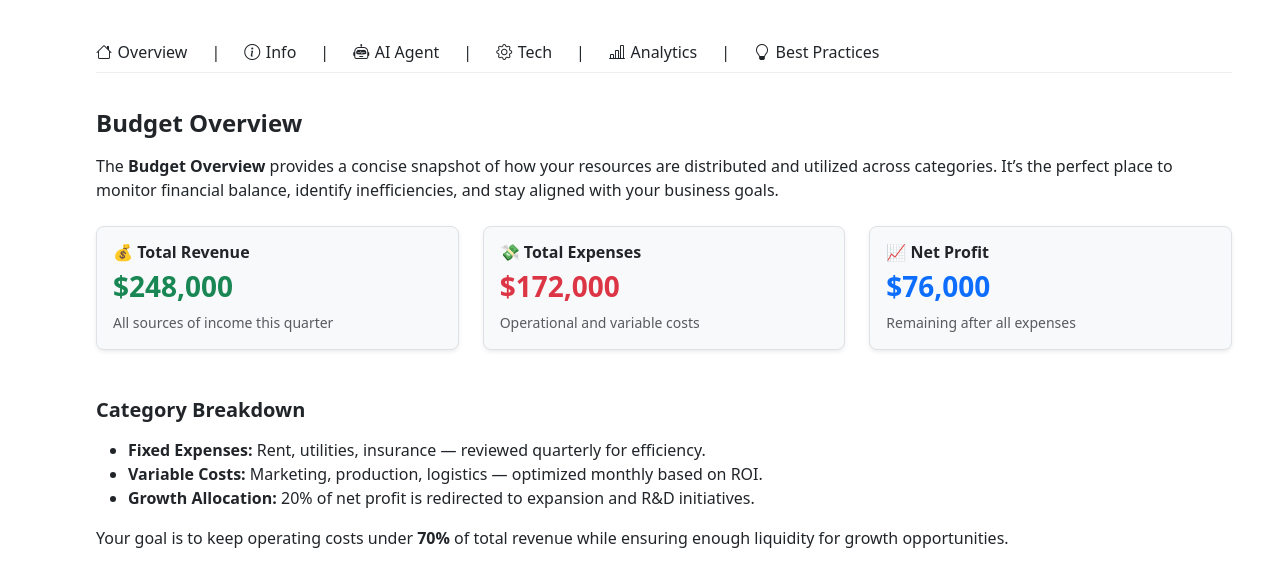
Repository: tonym642/bizcore360-wp
Page: pages/budget.html
The author's editor kept a copy of each file at every save. The page is drawn from the files as they stood at one save, then again after the next save.
The browser window is 1280 px wide. The pictures show the whole page.

Above is the page before, as saved 2025-10-23 10:29:04.

### pages/budget.html
<!DOCTYPE html>
<html lang="en">
<head>
  <meta charset="UTF-8" />
  <meta name="viewport" content="width=device-width, initial-scale=1.0" />
  <title>Budget Module</title>

  <!-- Core libraries -->
  <link href="https://cdn.jsdelivr.net/npm/bootstrap@5.3.3/dist/css/bootstrap.min.css" rel="stylesheet">
  <link href="https://cdn.jsdelivr.net/npm/bootstrap-icons@1.11.3/font/bootstrap-icons.css" rel="stylesheet">
  <script src="https://cdn.jsdelivr.net/npm/chart.js"></script>
  <script src="https://cdn.jsdelivr.net/npm/marked/marked.min.js"></script>

  <style>
    body {
      background-color: #fff;
      color: #000;
    }

    /* Increased left spacing + ensure content layer is above sidebar */
    .content-container {
      padding: 1.5rem 2rem 1.5rem 5rem; /* was 3.5rem */
      width: 100%;
      position: relative;
      z-index: 5; /* ensures menu isn’t hidden behind sidebar */
    }

    .module-card {
      background-color: #fff;
      border: none;
      box-shadow: none;
      min-height: calc(100vh - 130px);
    }

    /* Inner menu style */
    .inner-menu {
      display: flex;
      align-items: center;
      gap: 1.5rem;
      margin-bottom: 1.25rem;
      border-bottom: 1px solid #eee;
      padding-bottom: 0.5rem;
      font-weight: 400;
      white-space: nowrap; /* keep all in one line */
    }

    .inner-menu a {
      text-decoration: none;
      color: #000;
      display: flex;
      align-items: center;
      gap: 0.35rem;
      cursor: pointer;
    }

    .inner-menu a:hover {
      color: #007bff;
    }

    #page-content {
      padding-top: 1rem;
      min-height: 60vh;
    }

    canvas {
      max-width: 100%;
      height: 400px !important;
    }

    .fade {
      opacity: 0;
      transition: opacity 0.4s ease-in-out;
    }
    .fade.show {
      opacity: 1;
    }
  </style>
</head>

<body data-module="budget">
  <div class="content-container">
    <div class="card module-card">
      <div class="card-body">

        <!-- Inner menu with Bootstrap icons -->
        <div class="inner-menu">
          <a onclick="showPage('overview')"><i class="bi bi-house"></i> Overview</a>
          <span>|</span>
          <a onclick="showPage('info')"><i class="bi bi-info-circle"></i> Info</a>
          <span>|</span>
          <a onclick="showPage('ai-agent')"><i class="bi bi-robot"></i> AI Agent</a>
          <span>|</span>
          <a onclick="showPage('tech')"><i class="bi bi-gear"></i> Tech</a>
          <span>|</span>
          <a onclick="showPage('analytics')"><i class="bi bi-bar-chart-line"></i> Analytics</a>
          <span>|</span>
          <a onclick="showPage('best-practices')"><i class="bi bi-lightbulb"></i> Best Practices</a>
        </div>

        <!-- Dynamic area -->
        <div id="page-content" class="fade show">
          <p style="color:#777;">Loading overview...</p>
        </div>

      </div>
    </div>
  </div>

  <!-- ✅ JS path relative to this page -->
  <script src="../assets/js/modules.js"></script>

  <script>
    document.addEventListener("DOMContentLoaded", () => {
      if (typeof showPage === "function") {
        console.log("✅ modules.js loaded successfully");
        showPage("overview");
      } else {
        console.error("❌ modules.js not loaded or showPage() undefined");
      }
    });
  </script>
</body>
</html>

### assets/js/modules.js
// modules.js
// Shared logic controlling all BizCore360 module pages dynamically

const moduleName = document.body.getAttribute("data-module");

// ---------- LOAD MARKDOWN ----------
async function loadMarkdown(pageType) {
  const filePath = `/markdowns/${pageType}/${moduleName}.md`;
  const contentDiv = document.getElementById("page-content");
  try {
    const response = await fetch(filePath);
    if (!response.ok) throw new Error("File not found");
    const text = await response.text();
    contentDiv.innerHTML = marked.parse(text);
  } catch (error) {
    contentDiv.innerHTML = `<p style="color:#999;">No markdown found for <strong>${moduleName}</strong> (${pageType}).</p>`;
    console.error(error);
  }
}

// ---------- MAIN PAGE SWITCHER (WITH FADE) ----------
function showPage(page) {
  const contentDiv = document.getElementById("page-content");
  contentDiv.classList.remove("show");
  contentDiv.classList.add("fade");

  setTimeout(() => {
    contentDiv.innerHTML = "";

    switch (page) {
      case "overview":
        loadOverview();
        break;
      case "info":
        loadMarkdown("info");
        break;
      case "tech":
        loadMarkdown("tech");
        break;
      case "best-practices":
        loadMarkdown("best practices");
        break;
      case "analytics":
        loadAnalytics();
        break;
      case "ai-agent":
        loadAIAgent();
        break;
      default:
        contentDiv.innerHTML = `<p>Section not found.</p>`;
    }

    setTimeout(() => contentDiv.classList.add("show"), 50);
  }, 200);
}

// ---------- BUDGET OVERVIEW ----------
function loadOverview() {
  const contentDiv = document.getElementById("page-content");
  contentDiv.innerHTML = `
    <h4 class="fw-bold mb-3">Budget Overview</h4>
    <p>The <strong>Budget Overview</strong> provides a concise snapshot of how your resources are distributed and utilized across categories. It’s the perfect place to monitor financial balance, identify inefficiencies, and stay aligned with your business goals.</p>

    <div class="row mt-4">
      <div class="col-md-4">
        <div class="p-3 border rounded-3 shadow-sm bg-light">
          <h6 class="fw-semibold mb-2">💰 Total Revenue</h6>
          <h3 class="fw-bold text-success">$248,000</h3>
          <p class="small text-muted mb-0">All sources of income this quarter</p>
        </div>
      </div>
      <div class="col-md-4">
        <div class="p-3 border rounded-3 shadow-sm bg-light">
          <h6 class="fw-semibold mb-2">💸 Total Expenses</h6>
          <h3 class="fw-bold text-danger">$172,000</h3>
          <p class="small text-muted mb-0">Operational and variable costs</p>
        </div>
      </div>
      <div class="col-md-4">
        <div class="p-3 border rounded-3 shadow-sm bg-light">
          <h6 class="fw-semibold mb-2">📈 Net Profit</h6>
          <h3 class="fw-bold text-primary">$76,000</h3>
          <p class="small text-muted mb-0">Remaining after all expenses</p>
        </div>
      </div>
    </div>

    <div class="mt-5">
      <h5 class="fw-semibold mb-3">Category Breakdown</h5>
      <ul>
        <li><strong>Fixed Expenses:</strong> Rent, utilities, insurance — reviewed quarterly for efficiency.</li>
        <li><strong>Variable Costs:</strong> Marketing, production, logistics — optimized monthly based on ROI.</li>
        <li><strong>Growth Allocation:</strong> 20% of net profit is redirected to expansion and R&D initiatives.</li>
      </ul>
      <p class="mt-3">Your goal is to keep operating costs under <strong>70%</strong> of total revenue while ensuring enough liquidity for growth opportunities.</p>
    </div>
  `;
}

// ---------- BUDGET ANALYTICS ----------
function loadAnalytics() {
  const contentDiv = document.getElementById("page-content");
  contentDiv.innerHTML = `
    <h4 class="fw-bold mb-4">Budget Analytics</h4>
    <p>Explore your financial trends visually. These charts highlight income, expenses, and net profit patterns across time, giving you actionable insights for smarter planning.</p>

    <div class="row mt-4">
      <div class="col-md-6 mb-4">
        <canvas id="revenueExpensesChart"></canvas>
      </div>
      <div class="col-md-6 mb-4">
        <canvas id="profitTrendChart"></canvas>
      </div>
    </div>

    <div class="row">
      <div class="col-md-4">
        <div class="border rounded-3 p-3 bg-light shadow-sm">
          <h6 class="fw-semibold mb-2">💡 Insight</h6>
          <p class="small mb-0">Revenue growth outpaces expenses by <strong>12%</strong> on average this quarter — indicating healthy operational leverage.</p>
        </div>
      </div>
      <div class="col-md-4">
        <div class="border rounded-3 p-3 bg-light shadow-sm">
          <h6 class="fw-semibold mb-2">📊 Efficiency</h6>
          <p class="small mb-0">Expenses remain under <strong>68%</strong> of revenue — maintaining your target margin for profitability.</p>
        </div>
      </div>
      <div class="col-md-4">
        <div class="border rounded-3 p-3 bg-light shadow-sm">
          <h6 class="fw-semibold mb-2">📅 Forecast</h6>
          <p class="small mb-0">If current trends continue, projected Q2 net profit could exceed <strong>$90,000</strong>.</p>
        </div>
      </div>
    </div>
  `;

  renderBudgetCharts();
}

// ---------- BUDGET CHARTS ----------
function renderBudgetCharts() {
  const revenueExpensesCtx = document.getElementById("revenueExpensesChart");
  const profitTrendCtx = document.getElementById("profitTrendChart");

  if (!revenueExpensesCtx || !profitTrendCtx) return;

  // Chart 1: Revenue vs Expenses
  new Chart(revenueExpensesCtx, {
    type: "bar",
    data: {
      labels: ["Jan", "Feb", "Mar", "Apr", "May", "Jun"],
      datasets: [
        {
          label: "Revenue",
          data: [12000, 15000, 14000, 18000, 16000, 20000],
          backgroundColor: "rgba(54,162,235,0.7)",
          borderRadius: 6,
        },
        {
          label: "Expenses",
          data: [8000, 9000, 9500, 10000, 10500, 11000],
          backgroundColor: "rgba(255,99,132,0.7)",
          borderRadius: 6,
        },
      ],
    },
    options: {
      responsive: true,
      plugins: {
        legend: { position: "bottom" },
        title: { display: true, text: "Revenue vs Expenses (6-Month Overview)" },
      },
      scales: {
        y: { beginAtZero: true, ticks: { stepSize: 5000 } },
      },
    },
  });

  // Chart 2: Net Profit Trend
  new Chart(profitTrendCtx, {
    type: "line",
    data: {
      labels: ["Jan", "Feb", "Mar", "Apr", "May", "Jun"],
      datasets: [
        {
          label: "Net Profit",
          data: [4000, 6000, 4500, 8000, 5500, 9000],
          borderColor: "rgba(75,192,192,1)",
          backgroundColor: "rgba(75,192,192,0.2)",
          tension: 0.35,
          fill: true,
        },
      ],
    },
    options: {
      responsive: true,
      plugins: {
        legend: { position: "bottom" },
        title: { display: true, text: "Net Profit Trend (6-Month Performance)" },
      },
      scales: {
        y: { beginAtZero: true, ticks: { stepSize: 2000 } },
      },
    },
  });
}

// ---------- AI AGENT PLACEHOLDER ----------
function loadAIAgent() {
  const contentDiv = document.getElementById("page-content");
  contentDiv.innerHTML = `
    <h4 class="fw-bold mb-3">AI Agent</h4>
    <p>The AI Agent will soon help you analyze <strong>${capitalize(moduleName)}</strong> data, detect trends, and recommend optimization strategies.</p>
    <p><em>Coming soon...</em></p>
  `;
}

// ---------- UTILITIES ----------
function capitalize(str) {
  return str.charAt(0).toUpperCase() + str.slice(1);
}

After the next save:
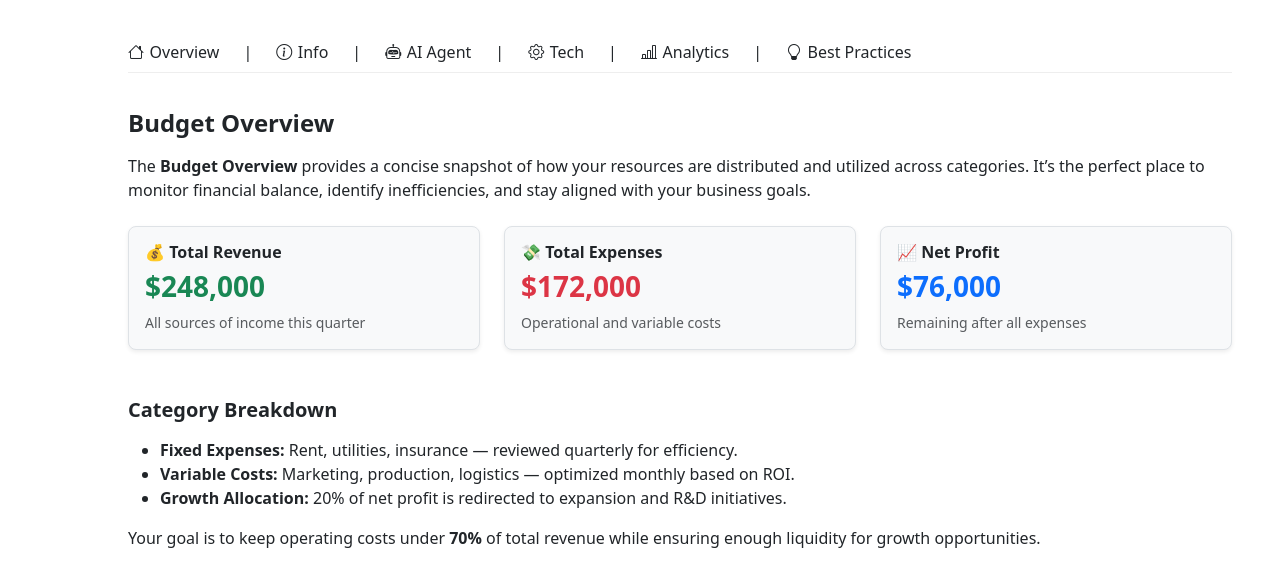
Saved 2 min 21 s later.
--- a/pages/budget.html
+++ b/pages/budget.html
@@ -17,12 +17,13 @@
       color: #000;
     }
 
-    /* Increased left spacing + ensure content layer is above sidebar */
+    /* ✅ FIXED: Ensures content starts fully clear of sidebar */
     .content-container {
-      padding: 1.5rem 2rem 1.5rem 5rem; /* was 3.5rem */
-      width: 100%;
+      margin-left: 80px; /* pushes everything into view */
+      padding: 1.5rem 2rem;
+      width: calc(100% - 80px);
       position: relative;
-      z-index: 5; /* ensures menu isn’t hidden behind sidebar */
+      z-index: 5;
     }
 
     .module-card {
@@ -32,7 +33,6 @@
       min-height: calc(100vh - 130px);
     }
 
-    /* Inner menu style */
     .inner-menu {
       display: flex;
       align-items: center;
@@ -41,7 +41,7 @@
       border-bottom: 1px solid #eee;
       padding-bottom: 0.5rem;
       font-weight: 400;
-      white-space: nowrap; /* keep all in one line */
+      white-space: nowrap;
     }
 
     .inner-menu a {
@@ -82,7 +82,7 @@
     <div class="card module-card">
       <div class="card-body">
 
-        <!-- Inner menu with Bootstrap icons -->
+        <!-- Inner menu -->
         <div class="inner-menu">
           <a onclick="showPage('overview')"><i class="bi bi-house"></i> Overview</a>
           <span>|</span>
@@ -97,7 +97,7 @@
           <a onclick="showPage('best-practices')"><i class="bi bi-lightbulb"></i> Best Practices</a>
         </div>
 
-        <!-- Dynamic area -->
+        <!-- Dynamic content area -->
         <div id="page-content" class="fade show">
           <p style="color:#777;">Loading overview...</p>
         </div>
@@ -106,7 +106,7 @@
     </div>
   </div>
 
-  <!-- ✅ JS path relative to this page -->
+  <!-- Shared module script -->
   <script src="../assets/js/modules.js"></script>
 
   <script>
